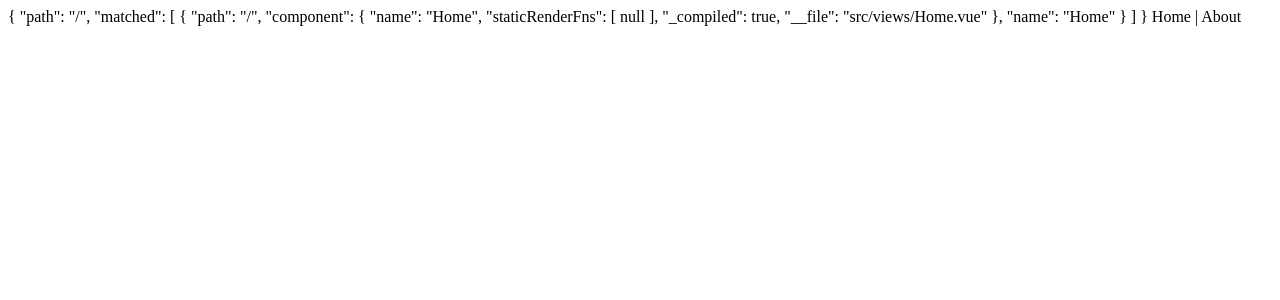
Repository: MDZZ-LBJ/vue-router
Page: /
An editor plug-in stored every save of this project. The page is shown before and after the next save, followed by the edit.
The browser window is 1280 px wide. The pictures show the whole page.
The project was rebuilt for these pictures with package versions that can differ from the ones it lists, and the page was loaded fresh each time.

Above is the page before, as saved 2020-12-14 17:28:48.

### src/main.js
import Vue from 'vue'
import App from './App.vue'
import router from './router'

Vue.config.productionTip = false

new Vue({
  name: 'root',
  router,
  render: function (h) { return h(App) }
}).$mount('#app')

### src/App.vue
<template>
  <div id="app">
    <div id="nav">
          {{_routerRoot._route}}
      <router-link to="/">Home</router-link> |
      <router-link to="/about">About</router-link>
    </div>
    <router-view />
  </div>
</template>

<script>
export default {
  name: "App",
};
</script>

### src/router/index.js
import Vue from "vue";
import VueRouter from "@/my-router";
import Home from "../views/Home.vue";
import About from "../views/About.vue";
import A from "../views/A.vue";
import B from "../views/B.vue";

/*
 Vuew.use 原理 内部会调用VueRouter插件的install方法
 传入this即Vue保证 vue-router 用的vue版本和外部一样
 这样vue-router内部就不用依赖vue，用户在使用vue-router
 时就不用 import vue form 'vue'

 Vue.use = function (plugin, options) {
  plugin.install(this) // this -> Vue
 }

*/

Vue.use(VueRouter);

const routes = [
  {
    path: "/",
    name: "Home",
    component: Home,
  },
  {
    path: "/about",
    name: "About",
    component: About,
    children: [
      {
        path: "a",
        component: A
      },
      {
        path: "b",
        component: B
      },
    ],
  },
];

const router = new VueRouter({
  mode: "hash",
  base: process.env.BASE_URL,
  routes,
});

export default router;

### src/my-router/index.js
import { install, _Vue } from './install'
import createMatcher from './create-matcher'
import HasHistory from './history/hash'
import Html5History from './history/html5'

class VueRouter {
    constructor(options) {
        this.mode = options.mode
        // 创建一个匹配器(核心：1.路由匹配组件 2.动态添加)
        this.matcher = createMatcher(options.routes || [])
        switch (this.mode) {
            // this 是router实例
            case 'hash':
                this.history = new HasHistory(this)
                break;
            case 'history':
                this.history = new Html5History(this)
                break;
        }
        console.log(this.history)
    }
    match(location) {
        return this.matcher.match(location)
    }
    init(app) { // 路由的初始化
        /*
        根据路径跳转对应的组件
           跳转的方法transitionTo是共享的 所以放在Base中
           获取路径 和 监控路径变化 hash和html5不一样 所以分别定义
        */
        const history = this.history
        const setupListener = () => { // 监控路径变化
            history.setupListener()
        }
        history.transitionTo(history.getCurrentLocation(), setupListener)
        history.listen((route) => {
            app._route = route
        })
    }
}

VueRouter.install = install

export default VueRouter

### src/my-router/install.js
let _Vue;

// 只是将这个router实例挂载到每个组件上
const install = function (Vue) {
    _Vue = Vue;
    /*
      。所有组件在初始化的时候 都会调用 Vue.extend 方法 会将根组件上的
        options(mian.js 中的new Vue里面的)混合在一起
      。install 的作用就是将routers实例共享给每个组件
        把所有的方法都和组件初始化的时候混合
    */
    Vue.mixin({
        beforeCreate() {
            // console.log(this.$options.name)
            // 区分父子关系 先找到父亲 儿子找父亲的属性 孙子找父亲的
            if (this.$options.router) { // 判断是不是在根上
                this._routerRoot = this //将根实例放到 _routerRoot 上
                this._router = this.$options.router // mian.js 中的router实例
                this._router.init(this) // 只会执行一次router初始化
                Vue.util.defineReactive(this, '_route', this._router.history.current) // 变成响应式数据
            } else {
                // 将根属性全部增加到每个组件上的_routerRoot上
                // 所有组件都可以获取_routerRoot._router获取路由实例
                this._routerRoot = this.$parent && this.$parent._routerRoot
            }
        }
    })
}

export {
    _Vue,
    install
}

/*
    export let a = 1;
    setInterval(()=> a++ ,1000)
    这样外面 import { a } from './xx.js'
    拿到的a也是一直在变的 因为导出的不是一个引用地址 并且import是动态导入的
    而是一个接口 这就是为什么下面的写法不对

    错误写法 导出的并不是一个对象 是一个接口
    export  {
        a:1,
        b:2
    }

    正确写法：这样写并不是因为简写的原因
        let a = 1;
        let b = 2;
        export {
            a,
            b
        }

    或者
        export default {
            a:1,
            b:2
        }

*/

### src/my-router/create-matcher.js
import createRouteMap from './create-route-map'
import { createRoute } from './history/base'
/*
    matcher 有两个功能
      。添加路由 在原有的路由基础上动态添加路由
      。匹配 根据路由匹配组件
*/
function createMatcher(routes) {

    let { pathMap } = createRouteMap(routes)

    function addRoutes(routes) {
        createRouteMap(routes, pathMap)

    }

    function match(path) {
        let record = pathMap[path]
        return createRoute(record, {
            path
        })
    }

    return {
        addRoutes,
        match,
    }

}
export default createMatcher

### src/my-router/history/hash.js
import Base from './base'

//确保有hash值  '/#'
function ensureSlash() {
    if (window.location.hash) { // 有兼容问题
        return;
    }
    window.location.hash = '/'
}

class Hash extends Base {
    constructor(router) {
        super(router)
        ensureSlash()
    }
    getCurrentLocation() {
        return window.location.hash.slice(1)
    }
    setupListener() {
        // hash 值就是监控hash的变化
        // 初始化后 先根据路径做一次匹配 后续hash值变化再次匹配
        window.addEventListener('hashchange', () => {
            this.transitionTo(this.getCurrentLocation())
        })
    }
}

export default Hash

### src/my-router/history/html5.js
import Base from './base'

class Html5 extends Base {
    constructor(router) {
        super(router)
    }
    getCurrentLocation() {
        return window.location.pathname
    }
    setupListener() {
        // popState 监控浏览器路径变化 (前进 后退)
        window.addEventListener('popstate', () => {
            this.transitionTo(this.getCurrentLocation())
        })
    }
}

export default Html5

### src/my-router/create-route-map.js
function createRouteMap(routes, oldPathMap) {
    /*
       一个参数时是初始化 2个参数时是动态添加路由
       oldPathMap 动态添加路由时用到
    */
    let pathMap = oldPathMap || Object.create(null)

    routes.forEach(route => {
        addRoutesRecord(route, pathMap)
    });

    console.log(pathMap)

    return {
        pathMap
    }

}

function addRoutesRecord(route, pathMap, parent) {
    // 儿子路径不能以 / 开头 ，否则不拼接 当做一级路由
    let path = parent ? `${parent.path}/${route.path}` : route.path
    let record = { // 有很多属性 这里核心属性是 path component
        path,
        parent,// 父记录
        component: route.component,
        name: route.name,
        props: route.props,
        meta: route.meta
    }
    // 根据路劲匹配记录
    if (!pathMap[path]) {
        pathMap[path] = record
    }
    if (route.children) { // 递归遍历
        route.children.forEach(childRoute => {
            addRoutesRecord(childRoute, pathMap, record)
        });
    }
}


export default createRouteMap

### src/my-router/history/base.js
export function createRoute(record, location) {
    let res = []
    if (record) {
        while (record) {
            res.unshift(record) // 向前添加 先渲染父组件
            record = record.parent
        }
    }
    return {
        ...location,
        matched: res
    }
}

export default class Base {
    constructor(router) {
        this.router = router;
        this.cb = null
        this.current = createRoute(null, {
            path: '/'
        })
    }
    // 根据路径渲染组件 数据变化 想更新视图
    transitionTo(location, onComplete) {
        // 根据跳转的路径获取匹配的记录
        let route = this.router.match(location)
        this.current = route
        this.cb && this.cb(route)
        onComplete && onComplete()
    }
    listen(cb) {
        this.cb = cb
    }
}

### src/views/Home.vue
<template>
  <div class="home">
    <h1>This is an home page</h1>
  </div>
</template>

<script>
export default {
  name: "Home",
};
</script>

### src/views/About.vue
<template>
  <div class="about">
    <h1>This is an about page</h1>
    <router-link to="/about/a">a组件</router-link>
    <router-link to="/about/b">b组件</router-link>
    <router-view></router-view>
  </div>
</template>

### src/views/A.vue
<template>
  <div class="a">
    <h1>about a </h1>
  </div>
</template>

### src/views/B.vue
<template>
  <div class="b">
    <h1>about b </h1>
  </div>
</template>

Loaded but not shown: public/index.html (common file)

After the next save:
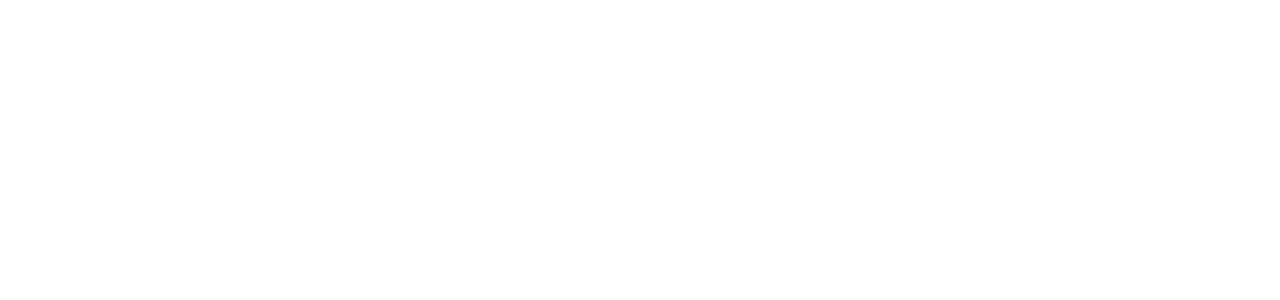
Console error (its wording comes from the project's code and is left out).
Saved 107 s later.
--- a/src/my-router/install.js
+++ b/src/my-router/install.js
@@ -25,6 +25,7 @@
             }
         }
     })
+    Object.defineProperty(Vue.pr)
 }
 
 export {

After the 3 saves that followed:
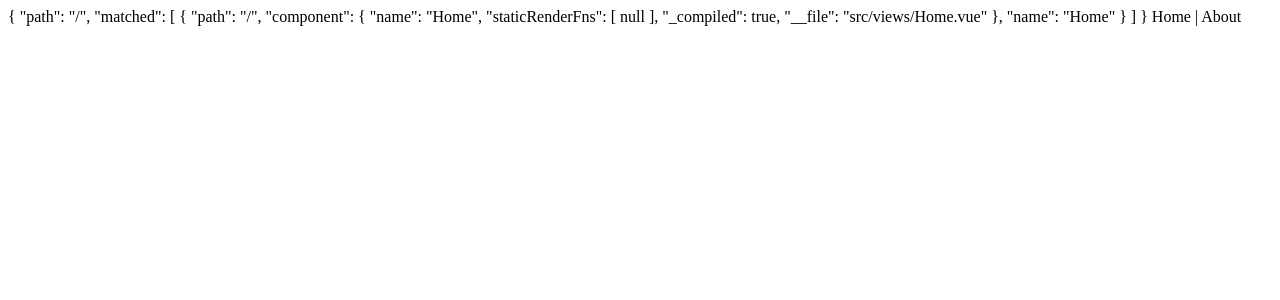
The error is gone.
The 3 saves are shown as one change because 2 left the picture as it was.
The last was saved 21 s later.
--- a/src/my-router/install.js
+++ b/src/my-router/install.js
@@ -25,7 +25,9 @@
             }
         }
     })
-    Object.defineProperty(Vue.pr)
+    Object.defineProperty(Vue.prototype,'$route',{
+
+    })
 }
 
 export {
